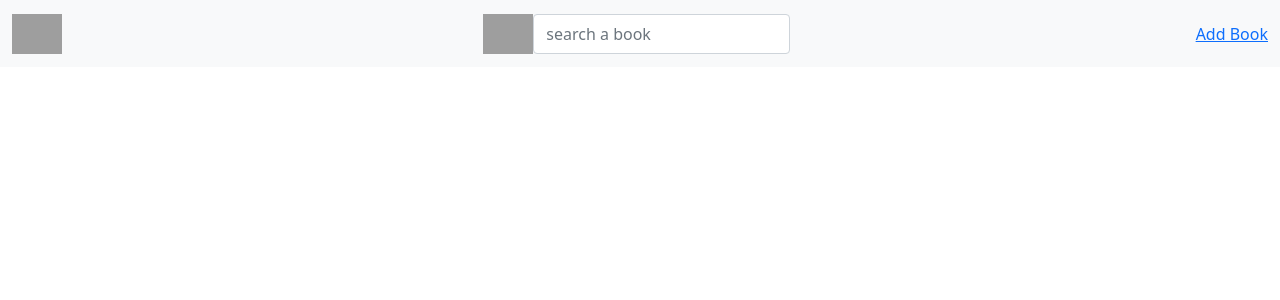
Repository: dilaraozdem1r/BooksApp
Page: /
These files come from the project's save history. The page is drawn as it stood at one moment and after the next save; the edit follows.
The browser window is 1280 px wide. The pictures show the whole page.
Pictures or frames that could not be fetched are drawn as grey boxes. The page's requests for data from a server got no answer. The project was rebuilt for these pictures with package versions that can differ from the ones it lists, and the page was loaded fresh each time. No one was signed in, and anything a server would have sent is missing. Also part of the build but not shown: src/Components/AddBook.js.

Above is the page before, as saved 2021-08-24 17:52:57.

After the next save:
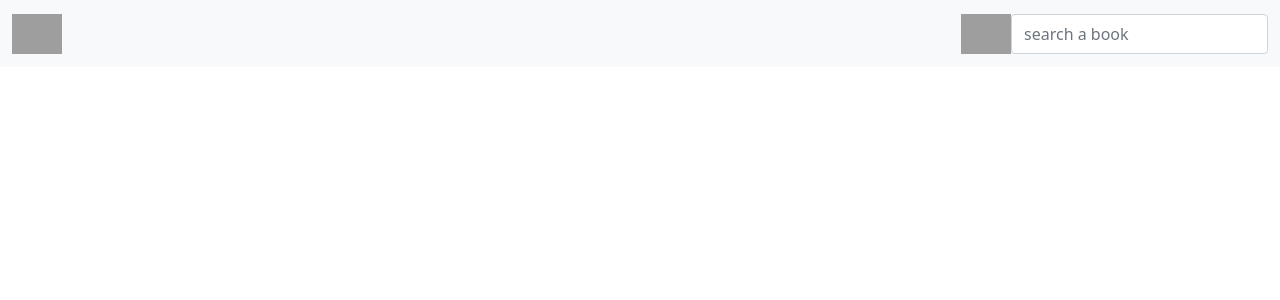
Saved 80 s later.
--- a/src/Components/App.js
+++ b/src/Components/App.js
@@ -62,9 +62,6 @@ class App extends React.Component {
                     </a>
 
                     <SearchBar search={this.searchMovie} />
-                    <div>
-                      <Link path="/add" type="button" >Add Book</Link>
-                    </div>
 
                   </div>
                 </nav>
